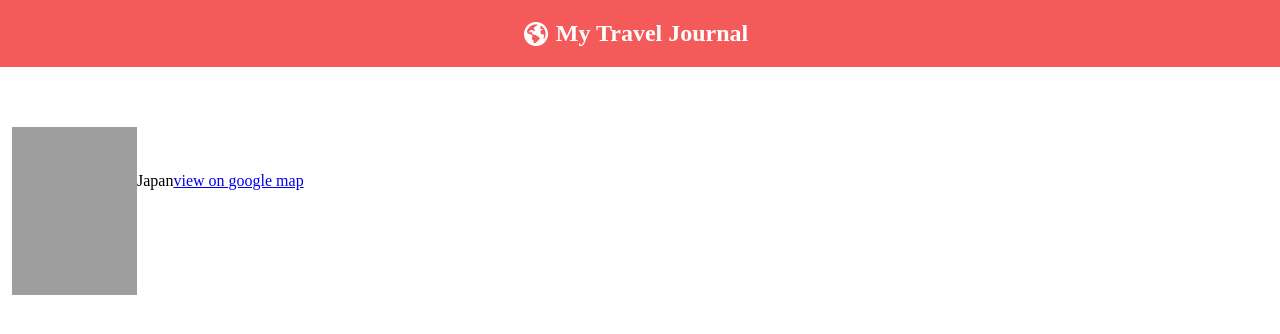
Repository: Richswag009/my-travel-journal
Page: /
The author's editor kept a copy of each file at every save. The page is drawn from the files as they stood at one save, then again after the next save.
The browser window is 1280 px wide. The pictures show the whole page.
Pictures or frames that could not be fetched are drawn as grey boxes. Some web fonts or font styles are not loaded; a fallback is used. The project was rebuilt for these pictures with package versions that can differ from the ones it lists, and the page was loaded fresh each time. Also part of the build but not shown: src/component/Card.js.

Above is the page before, as saved 2022-06-18 14:08:41.

After the next save:
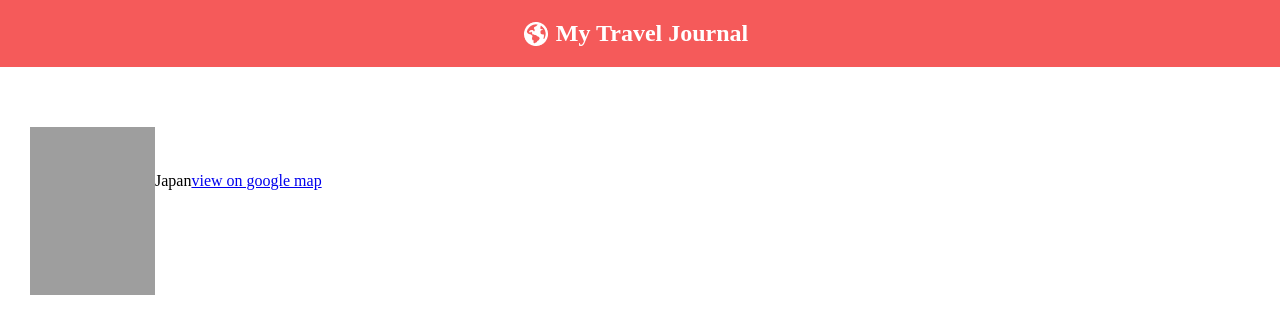
Saved 7 s later.
--- a/src/App.css
+++ b/src/App.css
@@ -17,7 +17,7 @@ nav>h1{
     display: flex;
     align-items: center;
     width: 467px;
-    margin-left: 12px;
+    margin-left: 30px;
 }
 .card-image{
     width: 125px;
